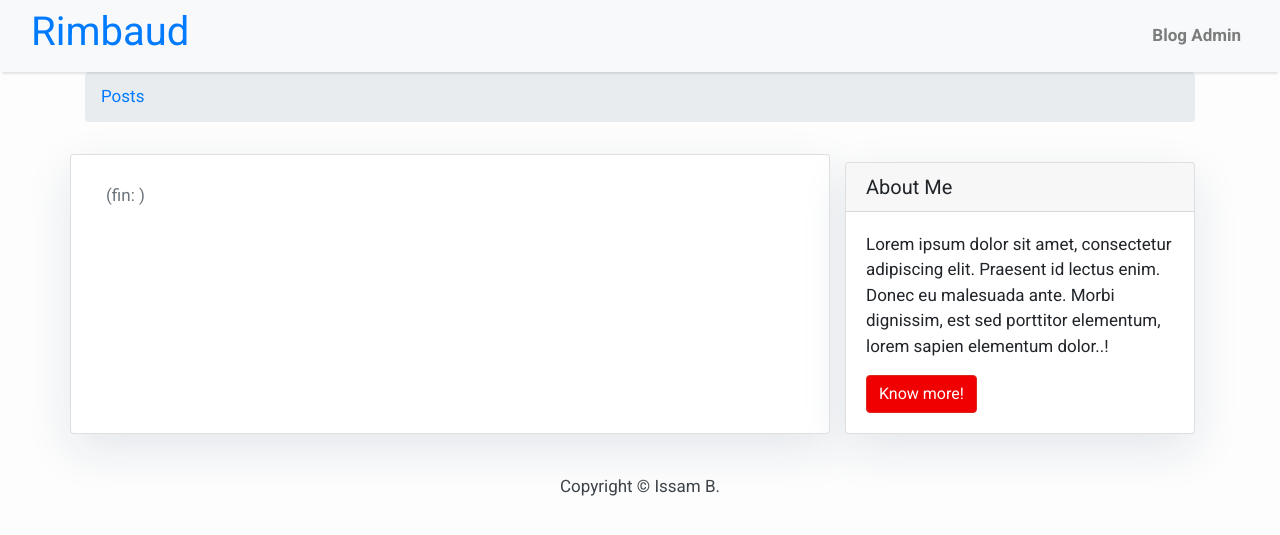
Repository: IssamBouzidi/rimbaud
Page: blog/templates/post_detail.html
These files come from the project's save history. The page is drawn as it stood at one moment and after the next save; the edit follows.
The browser window is 1280 px wide. The pictures show the whole page.
The page is served by the project's application, run on Django 3.2 (manage.py). Other server files are loaded and not shown. The template is opened directly, without the code that normally fills it, so the values that code supplies are empty.

Above is the page before, as saved 2021-06-04 01:39:16.

### blog/templates/post_detail.html
{% extends 'base.html' %} {% block content %}
<div class="container">
  <nav aria-label="breadcrumb">
    <ol class="breadcrumb">
      <li class="breadcrumb-item active" aria-current="page">
        <a href="{% url 'home' %}">Posts</a>
      </li>
    </ol>
  </nav>
    <div class="row">
    <div class="col-md-8 card mb-4  mt-3 left  top">
      <div class="card-body">
        <h1>{% block title %} {{ article.title }} {% endblock title %}</h1>
        <p class=" text-muted">{{ article.description }} (fin: {{ article.visibility_date_limit |date:"d M, Y" }})</p>
        <p class="card-text ">{{ article.article | safe }}</p>
      </div>
    </div>
    {% block sidebar %} {% include 'sidebar.html' %} {% endblock sidebar %}
  </div>
</div>

{% endblock content %}

### blog/templates/base.html
<!DOCTYPE html>
<html>

    <head>
        <title>Django Central</title>
        <link href="https://fonts.googleapis.com/css?family=Roboto:400,700" rel="stylesheet">
        <meta name="google" content="notranslate" />
        <meta name="viewport" content="width=device-width, initial-scale=1" />
        <link rel="stylesheet" href="https://maxcdn.bootstrapcdn.com/bootstrap/4.0.0/css/bootstrap.min.css" integrity="sha384-Gn5384xqQ1aoWXA+058RXPxPg6fy4IWvTNh0E263XmFcJlSAwiGgFAW/dAiS6JXm"
            crossorigin="anonymous" />
    </head>

    <body>
        <style>
            body {
            font-family: "Roboto", sans-serif;
            font-size: 17px;
            background-color: #fdfdfd;
        }
        .shadow {
            box-shadow: 0 4px 2px -2px rgba(0, 0, 0, 0.1);
        }
        .btn-danger {
            color: #fff;
            background-color: #f00000;
            border-color: #dc281e;
        }
        .masthead {
            background: #3398E1;
            height: auto;
            padding-bottom: 15px;
            box-shadow: 0 16px 48px #E3E7EB;
            padding-top: 10px;
        }
    </style>

    <!-- {% block title %}{% if subtitle %}{{ subtitle }} | {% endif %}{{ title }} | {{ site_title|default:_('Django site admin') }}{% endblock %} -->
        <!-- Navigation -->
        <nav class="navbar navbar-expand-lg navbar-light bg-light shadow" id="mainNav">
            <div class="container-fluid">
                {% block branding %}
                    <h1 id="site-name"><a href="#">Rimbaud</a></h1>
                {% endblock %}
                <button class="navbar-toggler navbar-toggler-right" type="button" data-toggle="collapse" data-target="#navbarResponsive"
                    aria-controls="navbarResponsive" aria-expanded="false" aria-label="Toggle navigation">
                    <span class="navbar-toggler-icon"></span>
                </button>
                <div class="collapse navbar-collapse" id="navbarResponsive">
                    <ul class="navbar-nav ml-auto">
                        <li class="nav-item text-black">
                            <a class="nav-link text-black font-weight-bold" href="{% url 'admin:index' %}">
                                {{ site_title|default:_('Blog Admin') }}
                            </a>
                        </li>
                    </ul>
                </div>
            </div>
        </nav>
        {% block content %}
        <!-- Content Goes here -->
        {% endblock content %}
        <!-- Footer -->
        <footer class="py-3 bg-grey">
            <p class="m-0 text-dark text-center ">Copyright &copy; Issam B.</p>
        </footer>
    </body>
</html>

### blog/templates/sidebar.html
{% block sidebar %}

<style>
        .card{
            box-shadow: 0 16px 48px #E3E7EB;
        }

</style>

<!-- Sidebar Widgets Column -->
<div class="col-md-4 float-right ">
<div class="card my-4">
        <h5 class="card-header">About Me</h5>
    <div class="card-body">
        <p class="card-text"> Lorem ipsum dolor sit amet, consectetur adipiscing elit. Praesent id lectus enim. Donec eu malesuada ante. Morbi dignissim, est sed porttitor elementum, lorem sapien elementum dolor..!</p>
        <a href="#" class="btn btn-danger">Know more!</a>
    </div>
</div>
</div>

{% endblock sidebar %}

### rimbaud/urls.py
"""rimbaud URL Configuration

The `urlpatterns` list routes URLs to views. For more information please see:
    https://docs.djangoproject.com/en/3.1/topics/http/urls/
Examples:
Function views
    1. Add an import:  from my_app import views
    2. Add a URL to urlpatterns:  path('', views.home, name='home')
Class-based views
    1. Add an import:  from other_app.views import Home
    2. Add a URL to urlpatterns:  path('', Home.as_view(), name='home')
Including another URLconf
    1. Import the include() function: from django.urls import include, path
    2. Add a URL to urlpatterns:  path('blog/', include('blog.urls'))
"""
from django.contrib import admin
from django.urls import include, path

urlpatterns = [
    path('admin/', admin.site.urls),
    path('', include('blog.urls'))
]

### blog/urls.py
from django.urls import path

from . import views

urlpatterns = [
    path("", views.get_all),
    path("article/<str:id>", views.get_article),
    path("search_article/", views.search_article),
    path("search_article/<str:title>", views.search_article)
]

After the next save:
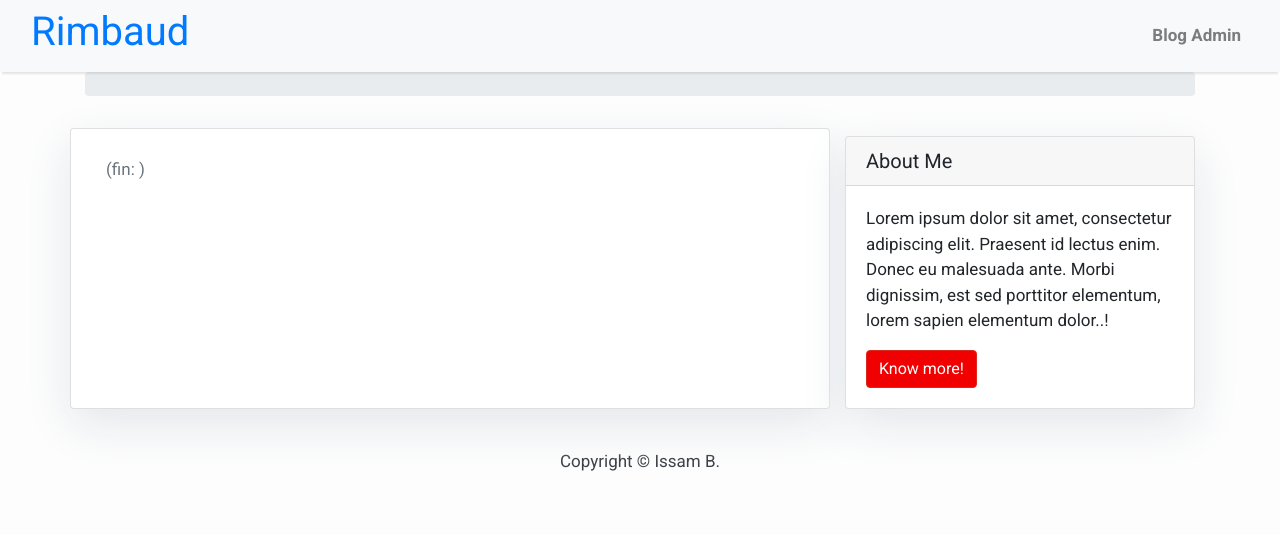
Saved 10 s later.
--- a/blog/templates/post_detail.html
+++ b/blog/templates/post_detail.html
@@ -3,7 +3,6 @@
   <nav aria-label="breadcrumb">
     <ol class="breadcrumb">
       <li class="breadcrumb-item active" aria-current="page">
-        <a href="{% url 'home' %}">Posts</a>
       </li>
     </ol>
   </nav>

After the 2 saves that followed:
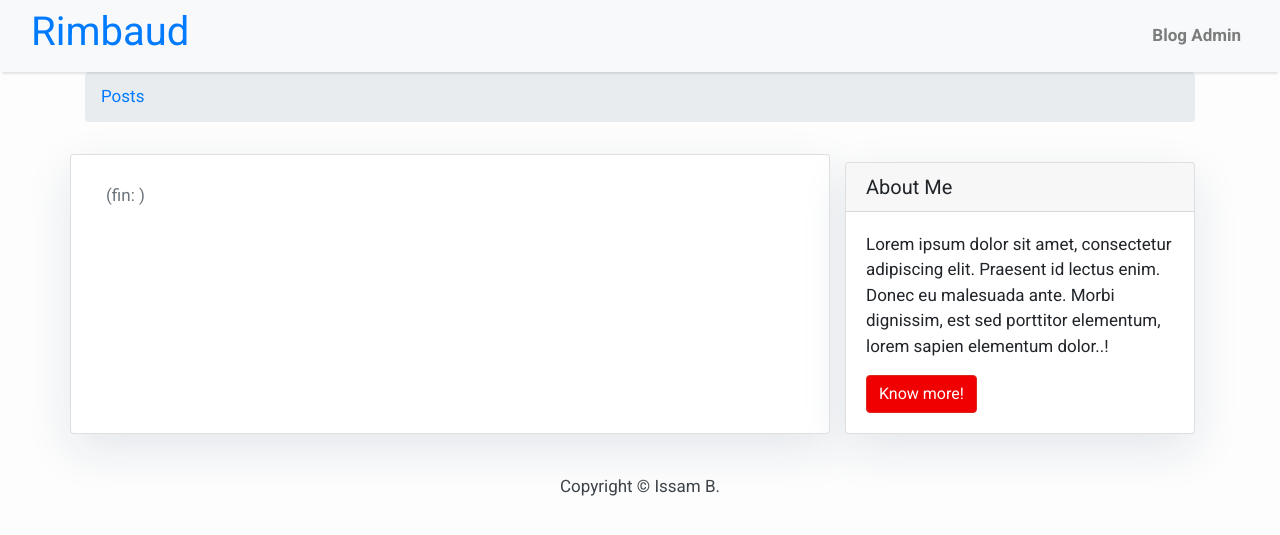
The 2 saves are shown as one change because 1 left the picture as it was.
The last was saved 3 min 20 s later.
--- a/blog/templates/post_detail.html
+++ b/blog/templates/post_detail.html
@@ -3,6 +3,7 @@
   <nav aria-label="breadcrumb">
     <ol class="breadcrumb">
       <li class="breadcrumb-item active" aria-current="page">
+        <a href="{% url 'home' %}">Posts</a>
       </li>
     </ol>
   </nav>
--- a/blog/urls.py
+++ b/blog/urls.py
@@ -3,7 +3,7 @@ from django.urls import path
 from . import views
 
 urlpatterns = [
-    path("", views.get_all),
+    path("", views.get_all, name="home"),
     path("article/<str:id>", views.get_article),
     path("search_article/", views.search_article),
     path("search_article/<str:title>", views.search_article)
